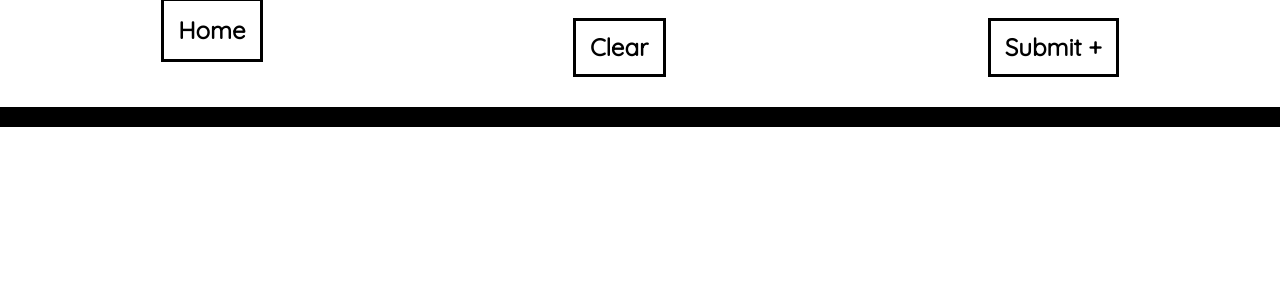
Repository: rickypcyt/WebMural
Page: /
An editor plug-in stored every save of this project. The page is shown before and after the next save, followed by the edit.
The browser window is 1280 px wide. The pictures show the whole page.
The project was rebuilt for these pictures with package versions that can differ from the ones it lists, and the page was loaded fresh each time.

Above is the page before, as saved 2022-09-12 13:21:37.

### src/index.js
import React from "react";
import ReactDOM from "react-dom/client";
import "./index.css";
import WebMural from "./Pages/WebMural";
import reportWebVitals from "./reportWebVitals";
import { BrowserRouter, Routes, Route, Switch } from "react-router-dom";

const root = ReactDOM.createRoot(document.getElementById("root"));
root.render(
  <React.StrictMode>
    <BrowserRouter>
      <WebMural />
    </BrowserRouter>
  </React.StrictMode>
);

// If you want to start measuring performance in your app, pass a function
// to log results (for example: reportWebVitals(console.log))
// or send to an analytics endpoint. Learn more: https://bit.ly/CRA-vitals
reportWebVitals();

### src/index.css
@import url("https://fonts.googleapis.com/css2?family=Quicksand");

input[type="file"] {
  display: none;
}
.container {
  top: 0%;
  left: 0%;
}
::marker {
  display: none;
}
.image-container {
  width: 100%;
  margin: auto;
  display: flex;
  flex-direction: row;
  justify-content: space-evenly;
  gap: 15px;
  padding: 10px;
  background-color: black;
}

body {
  line-height: 1;
  font-family: "Quicksand";
  font-size: large;
  margin: 0%;
  padding: 0%;
}
main {
  top: 10%;
}
ol {
  list-style: none;
  display: flex;
  padding: 0;
  align-items: flex-start;
  justify-content: space-around;
  display: flex;
  flex-wrap: wrap;
  align-content: center;
}
.content {
  position: absolute;
  right: calc(var(--pad) * 2);
  bottom: calc(var(--pad) * 2);
  white-space: nowrap;
}
.parrafo {
  line-height: 1.5;
  text-align: end;
  font-size: larger;
}
.parrafo span {
  display: block;
}
.titulo {
  margin: 0;
}
.oli {
  font-weight: bold;
  border-style: solid;
  font-size: x-large;
  padding: 1ch;
}
.descripcion {
  font-weight: lighter;
  font-style: oblique;
}
.oli:hover {
  color: black;
  border-style: dotted;
}
.page {
  padding-top: 2%;
  padding-bottom: 3%;
}
.pageContact {
  padding-top: 8%;
  padding-bottom: 9%;
}
.cabeceranavi {
  padding-bottom: 1%;
}
p {
  font-weight: bold;
}
a {
  color: black;
  text-decoration: none;
  padding: 0ch;
}
span {
  font-size: larger;
}
li {
  width: 7%;
  height: 10%;
}
ul {
  list-style-type: none;
  margin: 0%;
  display: flex;
  align-items: center;
  flex-direction: row;
  padding-top: 5%;
  padding-bottom: 5%;
  padding-left: 0%;
  justify-content: space-around;
}
.imagenes {
  display: block;
  height: auto;
  width: auto;
  padding-top: 5%;
  padding-bottom: 5%;
}

.imagenesproyect {
  position: relative;
}
.fixer {
  display: flex;
  flex-direction: row;
  justify-content: space-evenly;
  padding-bottom: 3%;
}
.overlay {
  position: absolute;
  top: 0.83cm;

  background: rgb(0, 0, 0);
  background: rgb(2, 0.3, 0.9, 0.6); /* Black see-through */
  color: #f1f1f1;
  width: 100%;
  transition: 0.5s ease;
  color: white;
  text-align: center;
  font-size: 20px;
  padding-top: 20px;
  padding-bottom: 20px;
  opacity: 0;
}
.imagenesproyect:hover .overlay {
  opacity: 1;
}
.overlay2 {
  position: absolute;
  bottom: 8%;
  background: rgb(0, 0, 0);
  background: rgba(40, 40, 40, 0.6); /* Black see-through */
  color: #f1f1f1;
  width: 100%;
  transition: 0.5s ease;
  color: white;
  text-align: center;
  font-size: 20px;
  padding-top: 20px;
  padding-bottom: 20px;
  opacity: 0;
}
.imagenesproyect:hover .overlay2 {
  opacity: 1;
}

.homeinfo {
  font-size: x-large;
}

@media screen and (max-width: 1340px) {
  .fixer {
    flex-direction: column;
    justify-content: center;
  }
  .imagenes {
    height: auto;
    width: 100%;
  }
  ol {
  }
}

.image-container {
  width: auto;
  margin: auto;
  /* display: flex; */
  flex-wrap: wrap;
  gap: 15px;
  padding: 10px;
}

.image-container img {
  max-width: 100%;
  max-height: 225px;
}

.container .image-container .image {
  border: 4px solid black;
  overflow: hidden;
  /* cursor: pointer; */
}

.container .image-container .image img {
  height: 100%;
  width: 100%;
}
@media (max-width: 700px) {
  .image-container img {
    max-height: -10px;
  }
}

.image:hover {
  transform: scale(
    1.15
  ); /* (150% zoom - Note: if the zoom is too large, it will go outside of the viewport) */
}

.oli:hover {
  transform: scale(
    1.15
  ); /* (150% zoom - Note: if the zoom is too large, it will go outside of the viewport) */
}

### src/Pages/WebMural.js
import React, { useState } from "react";
import { Link, useMatch, useResolvedPath } from "react-router-dom";

const UploadAndDisplayImage = () => {
  const [selectedFiles, setSelectedFiles] = useState([]);
  const handleImageChange = (e) => {
    setSelectedFiles([]);
    if (e.target.files) {
      const filesArray = Array.from(e.target.files).map((file) =>
        URL.createObjectURL(file)
      );
      setSelectedFiles((prevImages) => prevImages.concat(filesArray));
      Array.from(e.target.files).map((file) => URL.revokeObjectURL(file));
    }
  };

  const renderPhotos = (source) => {
    return source.map((photo) => {
      return (
        <div class="container">
          <figure class="image-container">
            <img className="image" src={photo} alt="" key={photo} />
          </figure>
        </div>
      );
    });
  };

  return (
    <main>
      <nav className="cabeceranavi">
        <ol>
          <CustomLink to="/" className="oli">
            Home
          </CustomLink>
          <nav className="oli" onClick={() => handleImageChange(null)}>
            Clear
          </nav>
          <label for="upload-button">
            <nav>
              <input
                type="file"
                id="upload-button"
                multiple="multiple"
                accept="image/*"
                onChange={handleImageChange}
              />
              <div class="oli"> Submit + </div>
            </nav>
          </label>
        </ol>
      </nav>
      {selectedFiles && (
        <div>
          <div class="image-container">{renderPhotos(selectedFiles)}</div>
        </div>
      )}
    </main>
  );
};

export default UploadAndDisplayImage;

function CustomLink({ to, children, ...props }) {
  const resolvedPath = useResolvedPath(to);
  const isActive = useMatch({ path: resolvedPath.pathname, end: true });
  return (
    <li className={isActive ? "active" : ""}>
      <Link to={to} {...props}>
        {children}
      </Link>
    </li>
  );
}

Loaded but not shown: public/index.html (common file); src/reportWebVitals.js (common file)

After the next save:
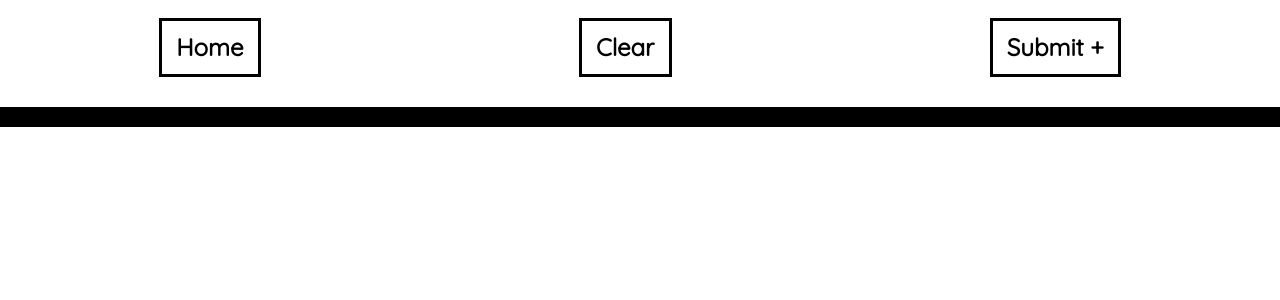
Saved 93 s later.
--- a/src/Pages/WebMural.js
+++ b/src/Pages/WebMural.js
@@ -30,9 +30,9 @@ const UploadAndDisplayImage = () => {
     <main>
       <nav className="cabeceranavi">
         <ol>
-          <CustomLink to="/" className="oli">
+          <div CustomLink to="/" className="oli">
             Home
-          </CustomLink>
+          </div>
           <nav className="oli" onClick={() => handleImageChange(null)}>
             Clear
           </nav>
